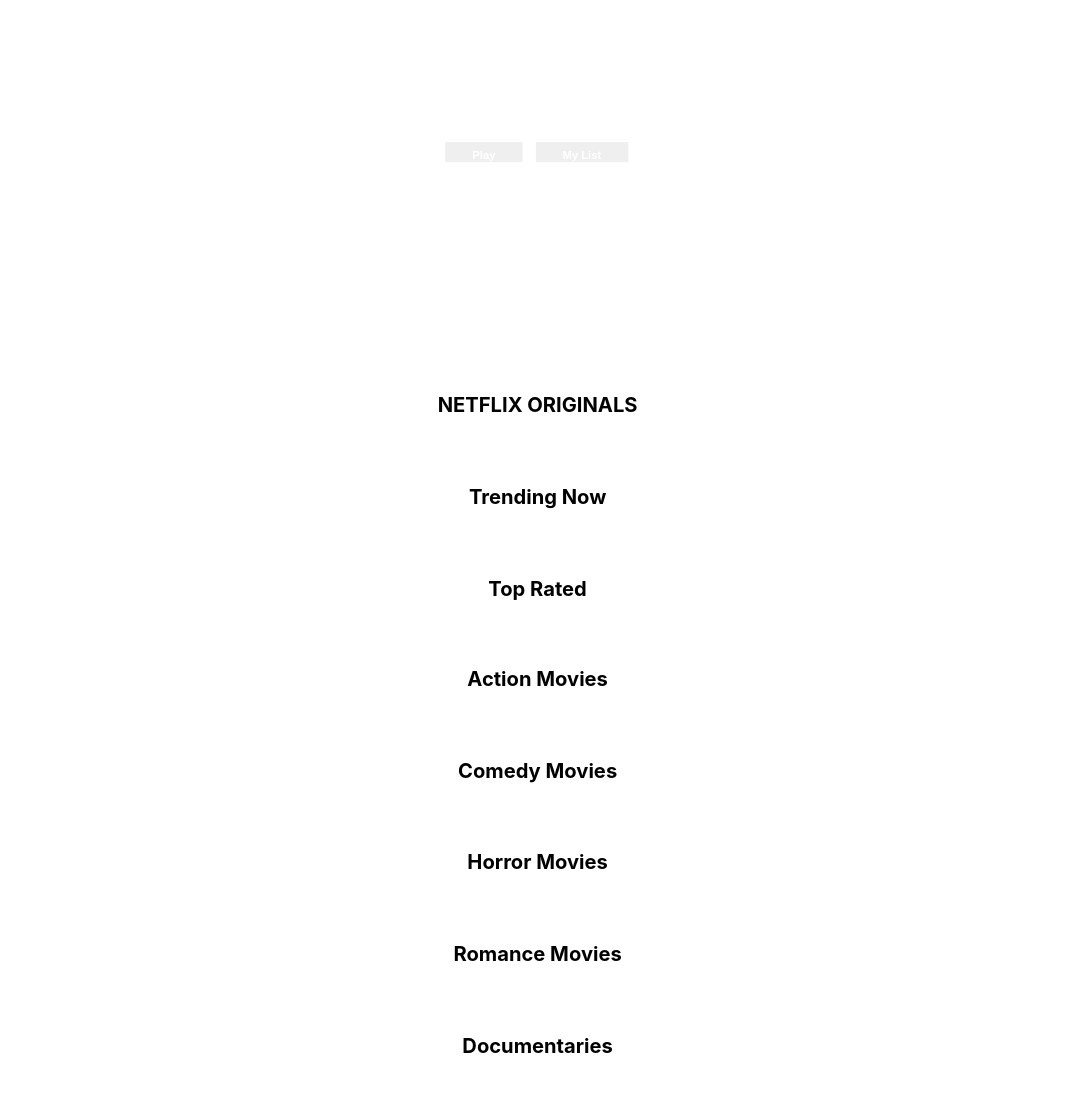
Repository: Aaasifsheikh/netflix-clone
Page: /
These files come from the project's save history. The page is drawn as it stood at one moment and after the next save; the edit follows.
The browser window is 1280 px wide. The pictures show the whole page, at 84% of full size.
The page's requests for data from a server got no answer. The project was rebuilt for these pictures with package versions that can differ from the ones it lists, and the page was loaded fresh each time. No one was signed in, and anything a server would have sent is missing.

Above is the page before, as saved 2020-11-19 22:48:02.

### src/App.js
import "./App.css";
import Banner from "./Banner";
import requests from "./requests";
import Row from "./Row";

function App() {
  return (
    <div className="App">
    <Banner />
      <Row title="NETFLIX ORIGINALS" fetchUrl={requests.fetchNetflixOriginals} isLargeRow />
      <Row title="Trending Now" fetchUrl={requests.fetchTrending} />
      <Row title="Top Rated" fetchUrl={requests.fetchTopRated} />
      <Row title="Action Movies" fetchUrl={requests.fetchActionMovies} />
      <Row title="Comedy Movies" fetchUrl={requests.fetchComedyMovies} />
      <Row title="Horror Movies" fetchUrl={requests.fetchHorrorMovies} />
      <Row title="Romance Movies" fetchUrl={requests.fetchRomanceMovies} />
      <Row title="Documentaries" fetchUrl={requests.fetchDocumentaries} />
    </div>
  );
}

export default App;

### src/Banner.jsx
import React, { useEffect, useState } from "react";
import axios from "./axios";
import requests from "./requests";
import "./Banner.css";

function Banner() {
  const [movie, setMovie] = useState([]);
  useEffect(() => {
    async function fetchData() {
      const request = await axios.get(requests.fetchNetflixOriginal);
      setMovie(
        request.data.results[
          Math.floor(Math.random() * request.data.results.length - 1)
        ]
      );
      return request;
    }
    fetchData();
  }, []);
  return (
    <header
      className="banner"
      style={{
        backgroundSize: "cover",
        backgroundImage: `url("https://image.tmdb.org/t/b/original/${movie?.backdrop_path}"),backgroundPosition:"center center`,
      }}
    >
      <div className="banner_contents">
        <h1>{movie?.title || movie?.name || movie?.original_name}</h1>
        <div className="banner_button">
          <button className="banner_button">Play</button>
          <button className="banner_button">My List</button>
        </div>
        <h1 classNames="banneer_description">{movie?.overview}</h1>
      </div>
    </header>
  );
}

export default Banner;

### src/requests.js
const API_KEY = "a1a30cddf9378347c51dc3b763046559";

const requests = {
  fetchTrending: `/trending/all/week?api_key=${API_KEY}&language=en-us`,
  fetchNetflixOriginals: `/discover/tv?api_key=${API_KEY}&with_network=213`,
  fetchTopRated: `/movie/top_rated?api_key=${API_KEY}&language=en-us`,
  fetchActionMovies: `/discover/movie?api_key=${API_KEY}&with_genres=28`,
  fetchComedyMovies: `/discover/movie?api_key=${API_KEY}&with_genres=35`,
  fetchHorrorMovies: `/discover/movie?api_key=${API_KEY}&with_genres=27`,
  fetchRomanceMovies: `/discover/movie?api_key=${API_KEY}&with_genres=10749`,
  fetchDocumentaries: `/discover/movie?api_key=${API_KEY}&with_genres=99`,
};
export default requests;

### src/Row.jsx
import React, { useEffect, useState } from "react";
import axios from "./axios";
import "./Row.css";

const base_url = "https://image.tmdb.org/t/p/original/";

function Row({ title, fetchUrl, isLargeRow }) {
  const [movies, setMovies] = useState([]);
  // it run snippet of code on the basis of specific condition
  useEffect(() => {
    async function fetchData() {
      const request = await axios.get(fetchUrl);
      setMovies(request.data.results);
      //   console.log(request.data.results);
      return request;
    }
    fetchData();
  }, [fetchUrl]);
  console.table(movies);

  return (
    <div className="row">
      <h2>{title}</h2>
      <div className="row_posters">
        {movies.map((movie) => (
          <img
            key={movie.id}
            className={`row_poster ${isLargeRow && "row_posterLarge"}`}
            src={`${base_url}${
              isLargeRow ? movie.poster_path : movie.backdrop_path
            }`}
            alt={movie.name}
          />
        ))}
      </div>
    </div>
  );
}

export default Row;

### src/axios.js
import axios from "axios";

// base url to make requests to the the movie database
const instance = axios.create({
  baseURL: "https://api.themoviedb.org/3",
});
export default instance;

### src/Banner.css
.banner {
  color: white;
  object-fit: contain;
  height: 448px;
}
.banner_contents {
  margin-left: 30px;
  padding-top: 140px;
  height: 190px;
}
.banner_title {
  font-size: 3rem;
  font-weight: 800;
  height: 190px;
}
.banner_description {
  width: 45rem;
  line-height: 1.3;
  padding-top: 1rem;
  font-style: 0.8rem;
  max-width: 360px;
  height: 80px;
}
.banner_button{
    cursor: pointer;
    color: #fff;
    outline: none;
    border: none;
    font-weight: 700;
    border-radius: 0.2 vw;
    padding-left: 2rem;
    padding-right: 2rem;
    margin-right: 1rem;
    padding-top: 0.5rem;
    background-color: rgba(51, 51, 51, alpha);

}

### src/Row.css
.row_posters {
  display: flex;
  padding: 20px;
  overflow-y: scroll;
  overflow-x: hidden;
}
.row_poster::-webkit-scrollbar {
  display: none;
}
.row_poster {
  object-fit: contain;
  width: 100%;
  max-height: 150px;
  margin-right: 10px;
  transition: transform 450ms;
}
.row_poster:hover {
  transform: scale(1.08);
}

.row_posterLarge {
  max-height: 300px;
}

.row_posterLarge:hover {
    transform: scale(1.09);
}

Loaded but not shown: public/index.html (common file); src/index.js (common file); src/index.css (common file); src/App.css (common file)

After the next save:
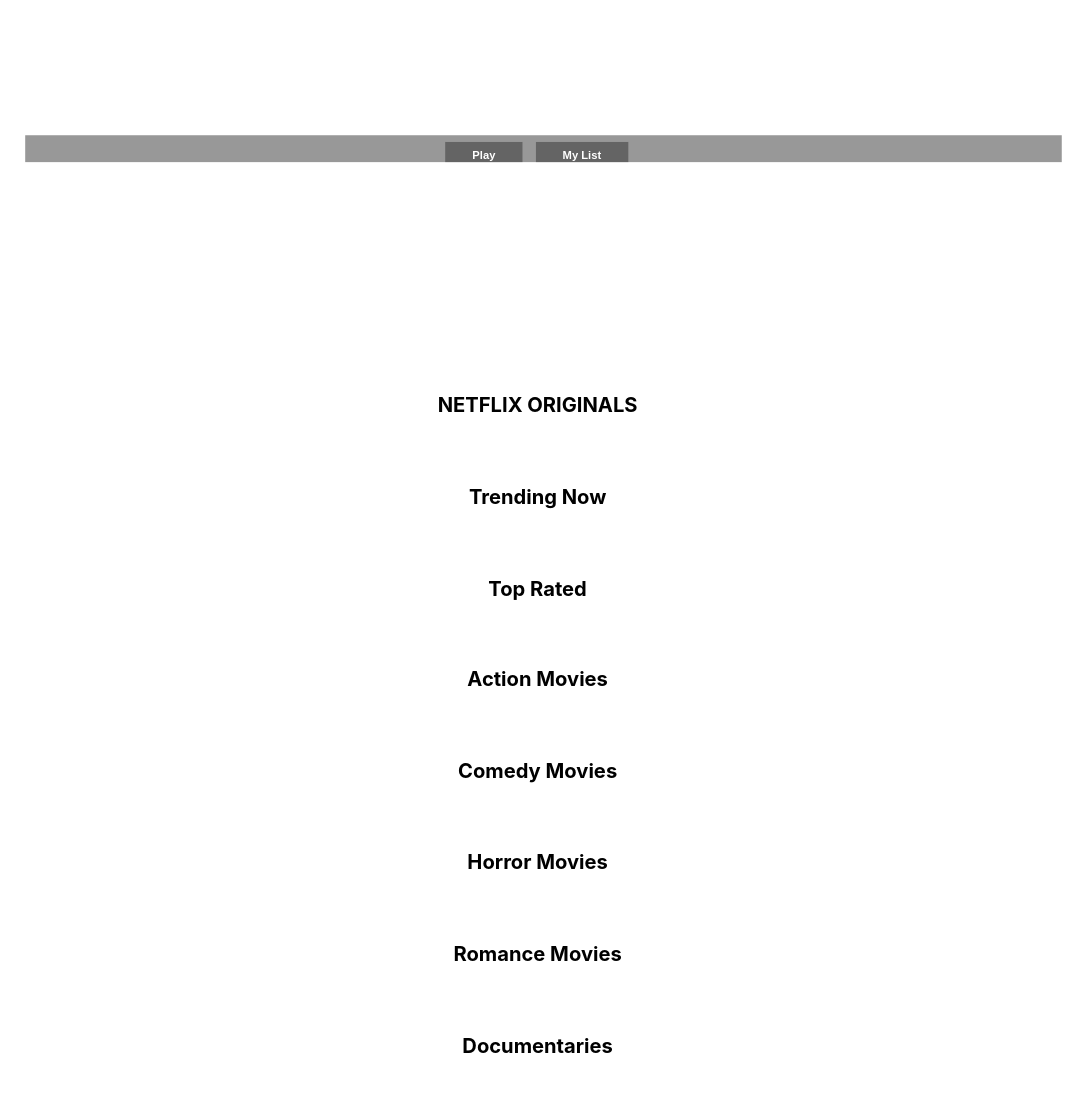
Saved 6 s later.
--- a/src/Banner.css
+++ b/src/Banner.css
@@ -32,6 +32,6 @@
     padding-right: 2rem;
     margin-right: 1rem;
     padding-top: 0.5rem;
-    background-color: rgba(51, 51, 51, alpha);
+    background-color: rgba(51, 51, 51, 0.5);
 
 }
